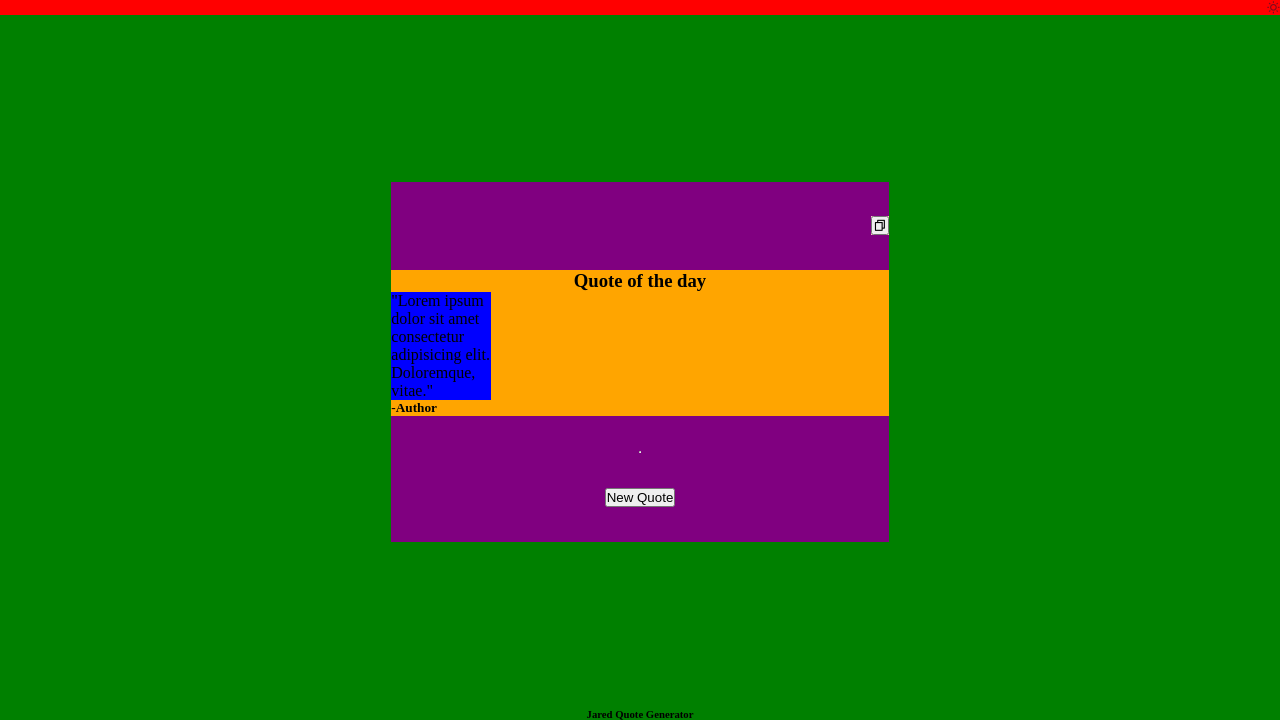
Repository: EguJaredoBoyd/Jared-Quote-Generator
Page: html/main.html
An editor plug-in stored every save of this project. The page is shown before and after the next save, followed by the edit.
The browser window is 1280 px wide. The pictures show the whole page.
Some web libraries are served in a nearby version.

Above is the page before, as saved 2026-01-09 00:52:51.

### html/main.html
<!DOCTYPE html>
<html lang="en">
  <head>
    <meta charset="UTF-8" />
    <meta name="viewport" content="width=device-width, initial-scale=1.0" />
    <link rel="stylesheet" href="../css/style.css" />
    <script src="../js/main.js" defer></script>
    <link
      href="https://cdn.jsdelivr.net/npm/remixicon@4.8.0/fonts/remixicon.css"
      rel="stylesheet"
    />
    <title>Document</title>
  </head>
  <body>
    <div class="container">
      <header>
        <button><i class="ri-sun-line"></i></button>
      </header>
      <main>
        <div class="quote-container">
          <div class="quote-container__copy">
            <button><i class="ri-file-copy-line"></i></button>
          </div>
          <div class="quote-container__quotes">
            <h3>Quote of the day</h3>
            <p>
              "Lorem ipsum dolor sit amet consectetur adipisicing elit.
              Doloremque, vitae."
            </p>
            <div>
              <h5>-Author</h5>
            </div>
          </div>
          <hr />
          <div>
            <button>New Quote</button>
          </div>
        </div>
      </main>
      <footer>
        <div>
          <h6>Jared Quote Generator</h6>
        </div>
      </footer>
    </div>
  </body>
</html>

### css/style.css
* {
  margin: 0;
  padding: 0;
  box-sizing: border-box;
}

:root {
  --background-color: #7b0d1e;
  --card-color: #f8e5ee;
  --text-color: black;
  --button-color: var(--background-color);
}

html {
  font-size: 16px;
}

.lighter-theme {
  --background-color: var(--card-color);
  --card-color: var(--background-color);
  --text-color: var(--text-color);
  --button-color: var(--button-color);
}

.container {
  background-color: green;
  height: 100vh;
  display: flex;
  flex-direction: column;
  justify-content: space-between;
  align-items: center;
}

header {
  display: flex;
  justify-content: flex-end;
  background-color: red;
  width: 100%;
}

header button {
  border: none;
  background: none;
  color: var(--button-color);
}

.quote-container {
  background-color: purple;
  display: flex;
  flex-direction: column;
  justify-content: space-evenly;
  align-items: center;
  height: 50vh;
  width: auto;
}

.quote-container__copy {
  align-self: self-end;
  background-color: pink;
}

.quote-container__quotes {
  background-color: orange;
}

.quote-container__quotes h3 {
  text-align: center;
}

.quote-container__quotes p {
  background-color: blue;
  max-width: 20%;
  text-justify: center;
}

Loaded but not shown: js/main.js (no copy from this time; the picture is the same without it)

After the next save:
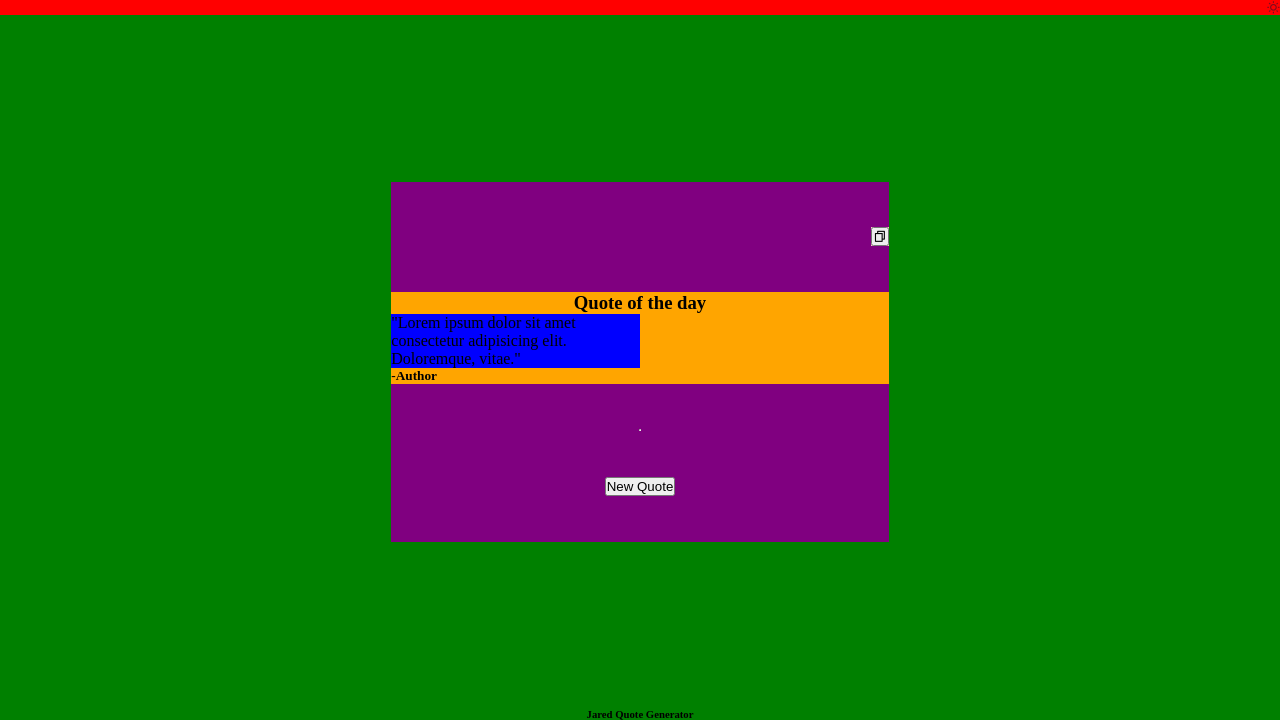
Saved 7 s later.
--- a/css/style.css
+++ b/css/style.css
@@ -69,6 +69,6 @@ header button {
 
 .quote-container__quotes p {
   background-color: blue;
-  max-width: 20%;
+  max-width: 50%;
   text-justify: center;
 }
